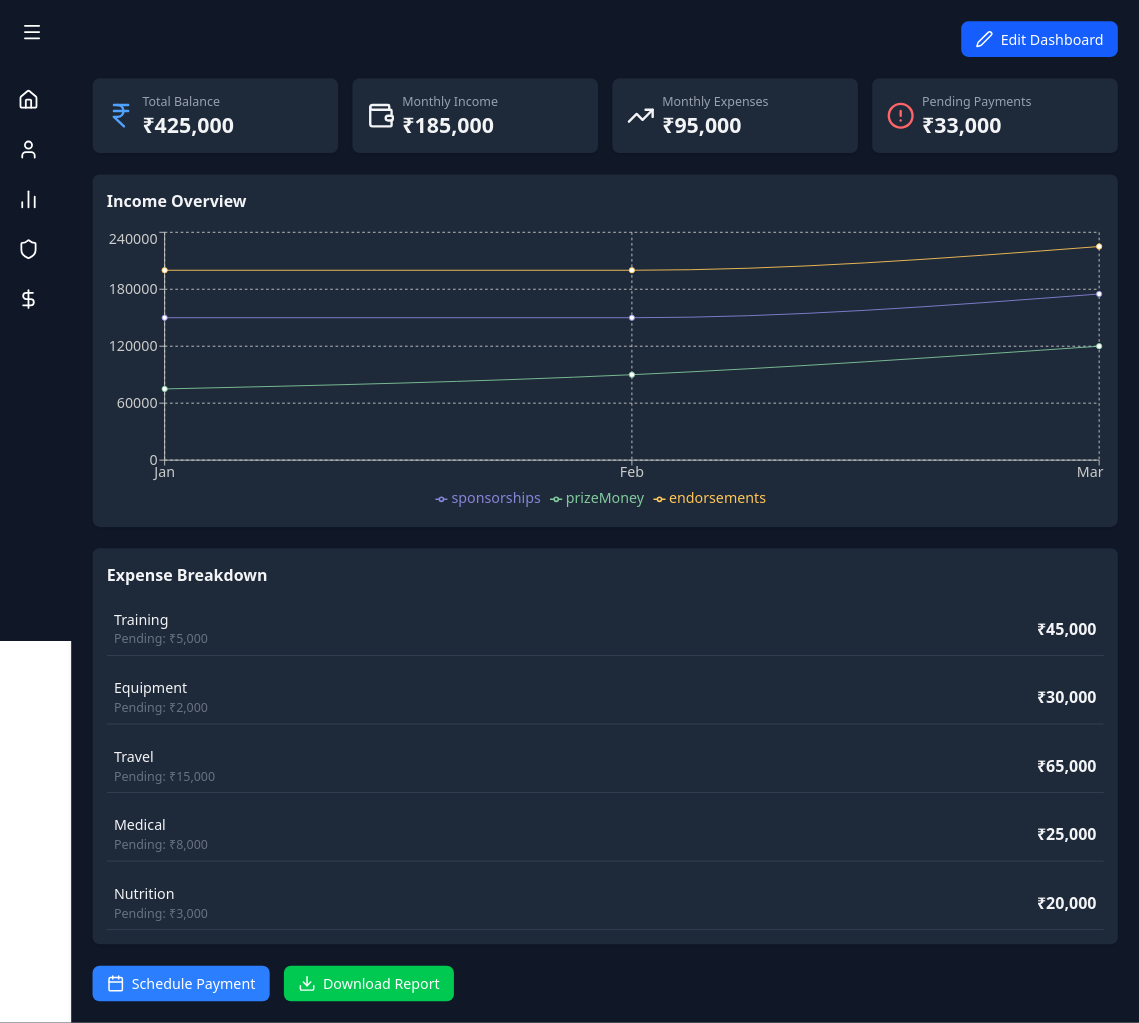
Repository: Shovon0004/Athlete
Page: /financial (app in Athlete/)
The author's editor kept a copy of each file at every save. The page is drawn from the files as they stood at one save, then again after a run of saves.
The browser window is 1280 px wide. The pictures show the whole page, at 89% of full size.
The project was rebuilt for these pictures with package versions that can differ from the ones it lists, and the page was loaded fresh each time. Also part of the build but not shown: Athlete/vite.config.js, Athlete/src/components/AppointmentPage.jsx, Athlete/src/components/News.jsx, Athlete/src/components/SportsPage.jsx, Athlete/src/components/HeroPage.jsx.

Above is the page before, as saved 2025-01-27 21:36:06.

### Athlete/index.html
<!doctype html>
<html lang="en">
  <head>
    <meta charset="UTF-8" />
    <link rel="icon" type="image/svg+xml" href="/12.png" />
    <meta name="viewport" content="width=device-width, initial-scale=1.0" />
    <title>Khiladi.co</title>
  </head>
  <body>
    <div id="root"></div>
    <script type="module" src="/src/main.jsx"></script>
  </body>
</html>

### Athlete/src/App.jsx
import React from 'react';
import { BrowserRouter as Router, Route, Routes } from 'react-router-dom';
import SideNavbar from './components/SideNavbar';
import EditableFinanceDashboard from './components/EditableFinanceDashboard';
import HeroPage from './components/HeroPage';

const App = () => {
  return (
    <Router>
      <div className="flex">
        <SideNavbar />

        <div className="ml-20 flex-grow ">
          <Routes>
            <Route path="/" element={<HeroPage />} />
            <Route path="/financial" element={<EditableFinanceDashboard />} />
            {/* Add other routes as needed */}
          </Routes>
        </div>
      </div>
    </Router>
  );
};

export default App;

### Athlete/src/components/SideNavbar.jsx
import React, { useState } from 'react';
import {
  Home,
  User,
  BarChart2,
  Shield,
  DollarSign,
  Menu
} from 'lucide-react';

const SideNavbar = () => {
  const [isExpanded, setIsExpanded] = useState(false);

  const navItems = [
    { icon: Home, label: 'Dashboard', href: '/' },
    { icon: User, label: 'Athletes', href: '/athletes' },
    { icon: BarChart2, label: 'Performance', href: '/performance' },
    { icon: Shield, label: 'Injuries', href: '/injuries' },
    { icon: DollarSign, label: 'Financial', href: '/financial' }
  ];

  return (
    <div
      className={`h-screen bg-gray-900 text-white transition-all duration-300
        ${isExpanded ? 'w-64' : 'w-20'} fixed left-0 top-0 z-50`}
    >
      <div className="flex flex-col h-full">
        {/* Logo & Toggle */}
        <div className="flex items-center justify-between p-4  border-orange-700">
          {isExpanded && (
            <div className="text-xl font-bold">Khiladi</div>
          )}
          <button
            onClick={() => setIsExpanded(!isExpanded)}
            className="hover:bg-orange-700 p-2 rounded"
          >
            <Menu />
          </button>
        </div>

        {/* Navigation Items */}
        <nav className="flex-grow mt-4">
          <ul className="space-y-2">
            {navItems.map((item, index) => (
              <li key={index}>
                <a
                  href={item.href}
                  className={`flex items-center p-3 hover:bg-orange-700
                    ${isExpanded ? 'justify-start px-6' : 'justify-center'}`}
                >
                  <item.icon className="mr-4" />
                  {isExpanded && <span>{item.label}</span>}
                </a>
              </li>
            ))}
          </ul>
        </nav>
      </div>
    </div>
  );
};

export default SideNavbar;

### Athlete/src/components/EditableFinanceDashboard.jsx
import React, { useState } from "react";
import { motion } from "framer-motion";
import FinanceActions from "./FinanceActions";
import {
  LineChart,
  Line,
  XAxis,
  YAxis,
  CartesianGrid,
  Tooltip,
  Legend,
  ResponsiveContainer,
} from "recharts";
import {
  IndianRupee,
  Wallet,
  TrendingUp,
  AlertCircle,
  Calendar,
  Download,
  Edit2,
  Save,
  Plus,
  Trash2,
  Medal,
} from "lucide-react";

const EditableFinanceDashboard = () => {
  const [isEditing, setIsEditing] = useState(false);
  const [stats, setStats] = useState([
    { id: 1, label: "Total Balance", value: 425000, icon: IndianRupee, color: "blue" },
    { id: 2, label: "Monthly Income", value: 185000, icon: Wallet, color: "green" },
    { id: 3, label: "Monthly Expenses", value: 95000, icon: TrendingUp, color: "orange" },
    { id: 4, label: "Pending Payments", value: 33000, icon: AlertCircle, color: "red" },
  ]);

  const [incomeData, setIncomeData] = useState([
    { month: "Jan", sponsorships: 150000, prizeMoney: 75000, endorsements: 200000 },
    { month: "Feb", sponsorships: 150000, prizeMoney: 90000, endorsements: 200000 },
    { month: "Mar", sponsorships: 175000, prizeMoney: 120000, endorsements: 225000 },
  ]);

  const [expenseCategories, setExpenseCategories] = useState([
    { id: 1, category: "Training", amount: 45000, pending: 5000 },
    { id: 2, category: "Equipment", amount: 30000, pending: 2000 },
    { id: 3, category: "Travel", amount: 65000, pending: 15000 },
    { id: 4, category: "Medical", amount: 25000, pending: 8000 },
    { id: 5, category: "Nutrition", amount: 20000, pending: 3000 },
  ]);

  const [goals, setGoals] = useState([
    { id: 1, goal: "Win National Championship", status: "In Progress" },
    { id: 2, goal: "Improve Sprint Time by 10%", status: "Not Started" },
    { id: 3, goal: "Increase Sponsorship Income", status: "Completed" },
  ]);

  const handleExpenseChange = (id, field, value) => {
    setExpenseCategories((categories) =>
      categories.map((category) =>
        category.id === id ? { ...category, [field]: value } : category
      )
    );
  };

  const addExpenseCategory = () => {
    const newId = Math.max(...expenseCategories.map((c) => c.id)) + 1;
    setExpenseCategories([
      ...expenseCategories,
      { id: newId, category: "New Category", amount: 0, pending: 0 },
    ]);
  };

  const deleteExpenseCategory = (id) => {
    setExpenseCategories((categories) => categories.filter((category) => category.id !== id));
  };

  const handleGoalChange = (id, field, value) => {
    setGoals((prev) =>
      prev.map((goal) => (goal.id === id ? { ...goal, [field]: value } : goal))
    );
  };

  const addGoal = () => {
    const newId = Math.max(...goals.map((g) => g.id)) + 1;
    setGoals([...goals, { id: newId, goal: "New Goal", status: "Not Started" }]);
  };

  const deleteGoal = (id) => {
    setGoals((prev) => prev.filter((goal) => goal.id !== id));
  };

  return (
    <div className="w-full max-w-full max-h-full mx-auto p-6 space-y-6 bg-gray-900 text-gray-100  shadow-md">
      {/* Edit Mode Toggle */}
      <div className="flex justify-end">
        <motion.button
          whileHover={{ scale: 1.05 }}
          whileTap={{ scale: 0.95 }}
          onClick={() => setIsEditing(!isEditing)}
          className="flex items-center space-x-2 px-4 py-2 bg-blue-600 text-white rounded-lg hover:bg-blue-700"
        >
          {isEditing ? <Save className="h-5 w-5" /> : <Edit2 className="h-5 w-5" />}
          <span>{isEditing ? "Save Changes" : "Edit Dashboard"}</span>
        </motion.button>
      </div>

      {/* Top Stats */}
      <div className="grid grid-cols-1 md:grid-cols-4 gap-4">
        {stats.map((stat) => (
          <motion.div
            key={stat.id}
            className="p-4 bg-gray-800 rounded-lg shadow"
            whileHover={{ scale: 1.05 }}
          >
            <div className="flex items-center space-x-2">
              <stat.icon className={`h-8 w-8 text-${stat.color}-400`} />
              <div>
                <p className="text-sm text-gray-400">{stat.label}</p>
                {isEditing ? (
                  <input
                    type="number"
                    value={stat.value}
                    onChange={(e) =>
                      setStats((prev) =>
                        prev.map((item) =>
                          item.id === stat.id ? { ...item, value: Number(e.target.value) } : item
                        )
                      )
                    }
                    className="w-full p-1 border rounded bg-gray-700 text-gray-100"
                  />
                ) : (
                  <p className="text-2xl font-bold">₹{stat.value.toLocaleString()}</p>
                )}
              </div>
            </div>
          </motion.div>
        ))}
      </div>

      {/* Income Chart */}
      <motion.div
        className="p-4 bg-gray-800 rounded-lg shadow"
        initial={{ opacity: 0 }}
        animate={{ opacity: 1 }}
        transition={{ duration: 0.5 }}
      >
        <h2 className="text-lg font-bold mb-4">Income Overview</h2>
        <div className="h-80">
          <ResponsiveContainer width="100%" height="100%">
            <LineChart data={incomeData}>
              <CartesianGrid strokeDasharray="3 3" />
              <XAxis dataKey="month" stroke="#ccc" />
              <YAxis stroke="#ccc" />
              <Tooltip />
              <Legend />
              <Line type="monotone" dataKey="sponsorships" stroke="#8884d8" />
              <Line type="monotone" dataKey="prizeMoney" stroke="#82ca9d" />
              <Line type="monotone" dataKey="endorsements" stroke="#ffc658" />
            </LineChart>
          </ResponsiveContainer>
        </div>
      </motion.div>

      {/* Expense Breakdown */}
      <div className="p-4 bg-gray-800 rounded-lg shadow">
        <h2 className="text-lg font-bold mb-4">Expense Breakdown</h2>
        <div className="space-y-4">
          {expenseCategories.map((expense) => (
            <motion.div
              key={expense.id}
              className="flex items-center justify-between p-2 border-b border-gray-700"
              whileHover={{ scale: 1.02 }}
            >
              <div className="flex-grow">
                {isEditing ? (
                  <input
                    type="text"
                    value={expense.category}
                    onChange={(e) =>
                      handleExpenseChange(expense.id, "category", e.target.value)
                    }
                    className="p-1 border rounded bg-gray-700 text-gray-100"
                  />
                ) : (
                  <p className="font-medium">{expense.category}</p>
                )}
                <p className="text-sm text-gray-500">
                  Pending: ₹{expense.pending.toLocaleString()}
                </p>
              </div>
              <div className="flex items-center space-x-4">
                {isEditing ? (
                  <>
                    <input
                      type="number"
                      value={expense.amount}
                      onChange={(e) =>
                        handleExpenseChange(expense.id, "amount", Number(e.target.value))
                      }
                      className="p-1 border rounded w-32 bg-gray-700 text-gray-100"
                    />
                    <motion.button
                      onClick={() => deleteExpenseCategory(expense.id)}
                      whileHover={{ scale: 1.1 }}
                      className="text-red-400 hover:text-red-600"
                    >
                      <Trash2 className="h-5 w-5" />
                    </motion.button>
                  </>
                ) : (
                  <p className="text-lg font-bold">₹{expense.amount.toLocaleString()}</p>
                )}
              </div>
            </motion.div>
          ))}
        </div>
        {isEditing && (
          <motion.button
            onClick={addExpenseCategory}
            whileHover={{ scale: 1.05 }}
            className="flex items-center space-x-2 px-4 py-2 bg-green-600 text-white rounded-lg hover:bg-green-700 mt-4"
          >
            <Plus className="h-5 w-5" />
            <span>Add Category</span>
          </motion.button>
        )}
      </div>

      {/* Athlete Goals */}
      <FinanceActions
  expenses={expenseCategories}
  incomeData={incomeData}
  expenseCategories={expenseCategories}
/>
    </div>
  );
};

export default EditableFinanceDashboard;

Loaded but not shown: Athlete/src/main.jsx (common file); Athlete/src/index.css (common file); Athlete/src/components/FinanceActions.jsx (276 lines, source omitted)

After the next 9 saves:
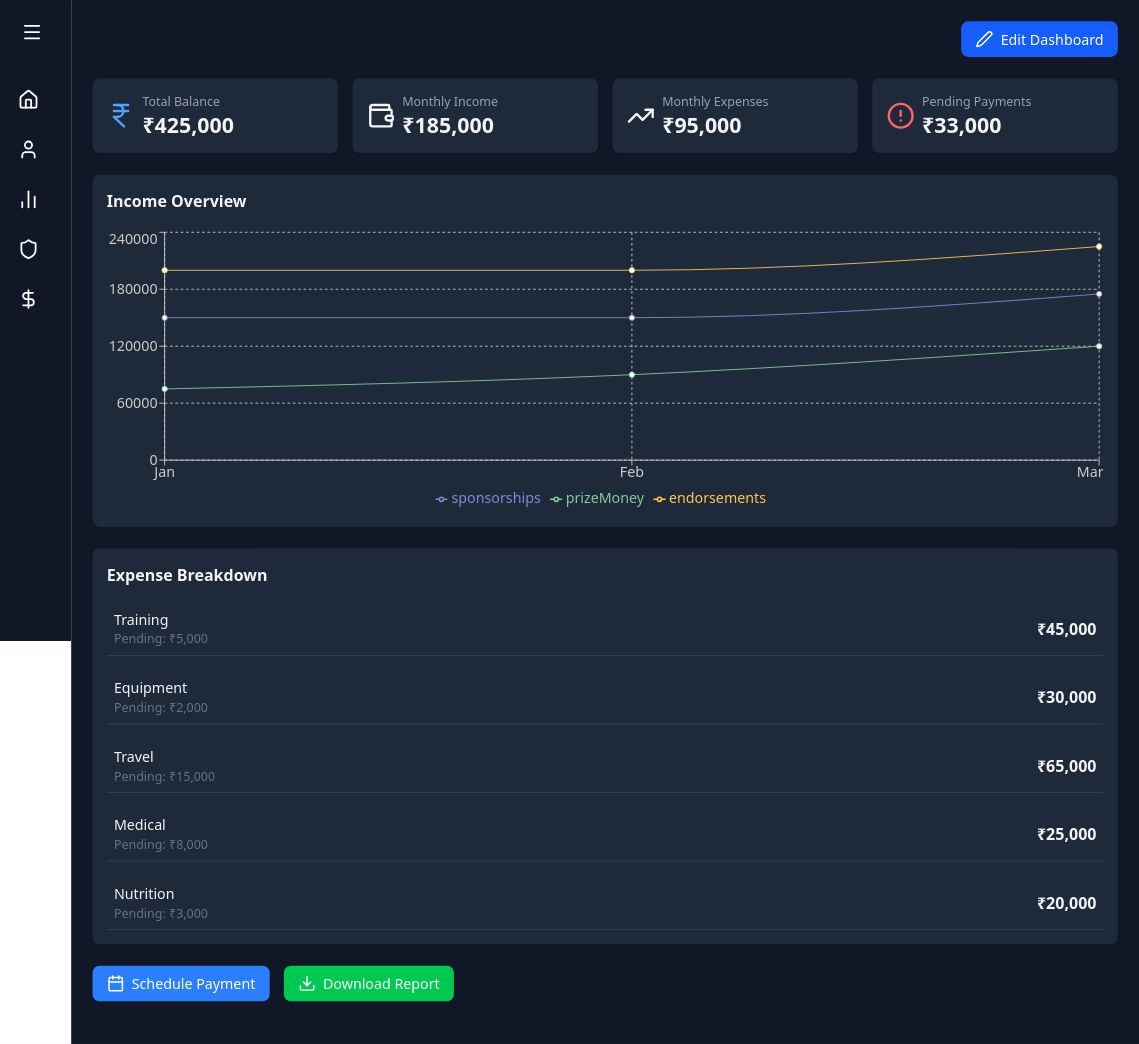
The 9 saves are shown as one change because 1 did not build or start and some came seconds apart.
The last was saved 4 min 15 s later.
--- a/Athlete/src/components/EditableFinanceDashboard.jsx
+++ b/Athlete/src/components/EditableFinanceDashboard.jsx
@@ -232,7 +232,8 @@
   expenses={expenseCategories}
   incomeData={incomeData}
   expenseCategories={expenseCategories}
-/>
+      />
+      <image src="https://images.unsplash.com/photo-1612838320302-4b3b3b3b3b3b" alt="Athlete" className="w-full h-96 object-cover rounded-lg" />
     </div>
   );
 };

After the 4 saves that followed:
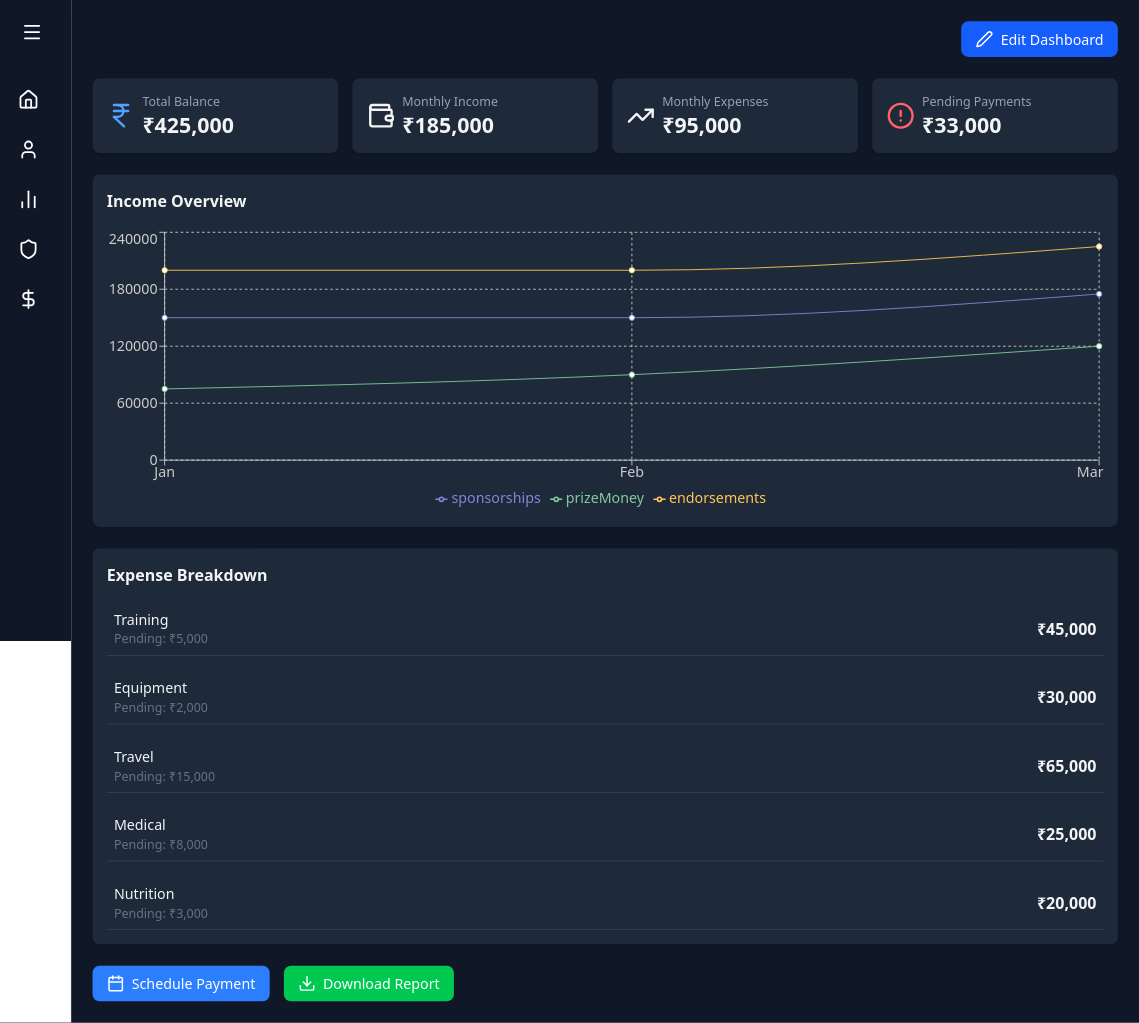
The 4 saves are shown as one change because 2 left the picture as it was and some came seconds apart.
The last was saved 100 s later.
--- a/Athlete/src/components/EditableFinanceDashboard.jsx
+++ b/Athlete/src/components/EditableFinanceDashboard.jsx
@@ -233,7 +233,7 @@
   incomeData={incomeData}
   expenseCategories={expenseCategories}
       />
-      <image src="https://images.unsplash.com/photo-1612838320302-4b3b3b3b3b3b" alt="Athlete" className="w-full h-96 object-cover rounded-lg" />
+
     </div>
   );
 };
